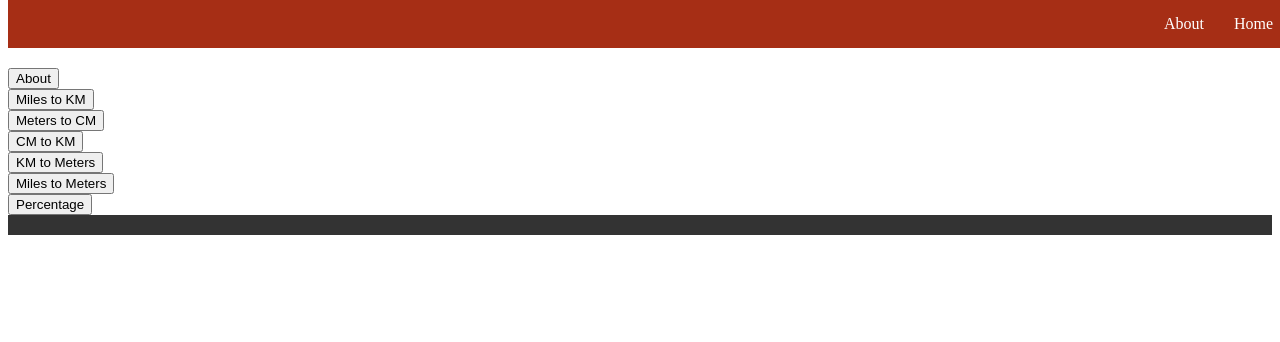
Repository: Kamrangujjar85112/Length-Converter
Page: html/home.html
An editor plug-in stored every save of this project. The page is shown before and after the next save, followed by the edit.
The browser window is 1280 px wide. The pictures show the whole page.

Above is the page before, as saved 2022-01-21 02:26:28.

After the next save:
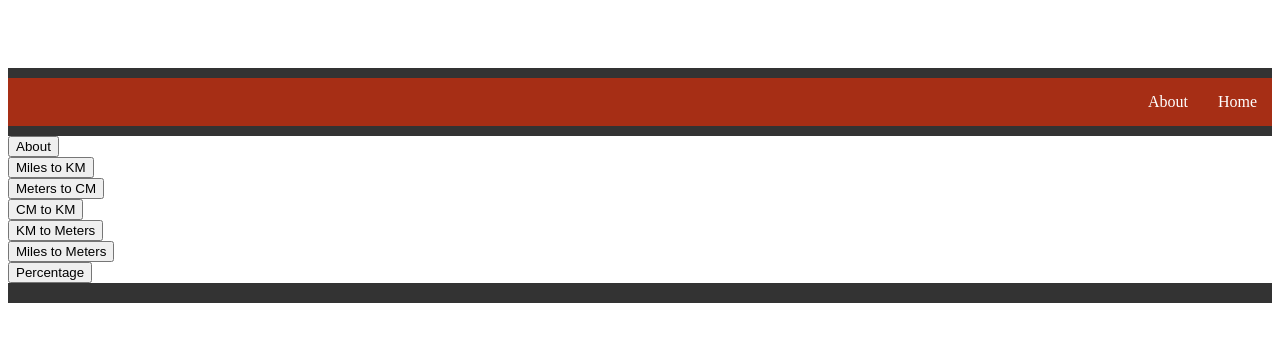
Saved 3 min 5 s later.
--- a/css/style.css
+++ b/css/style.css
@@ -5,8 +5,11 @@
 .header{
     top: 0;
     width: 100%;
-    margin: 0 auto;
+    margin: 0
     position: fixed;
+    background: #333;
+    padding: 10px 0;
+    color: #fff;
 }
 .nav-ul{
     list-style-type: none;
